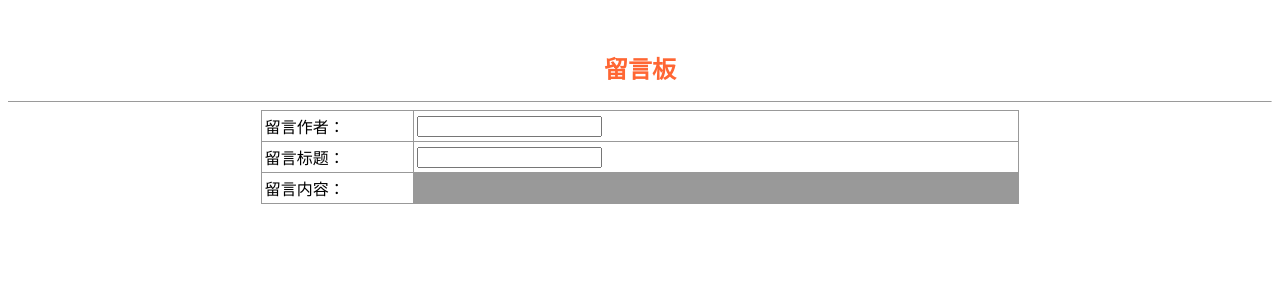
Repository: frankstar007/java
Page: http://localhost/CommentBoard/comment1.jsp
An editor plug-in stored every save of this project. The page is shown before and after the next save, followed by the edit.
The browser window is 1280 px wide. The pictures show the whole page.
The page is served by Tomcat 9. Other server files are loaded and not shown.

Above is the page before, as saved 2016-05-12 08:59:45.

### CommentBoard/WebContent/comment1.jsp
<%@ page language="java" contentType="text/html; charset=UTF-8"
    pageEncoding="UTF-8"%>
    <%
    	String temp = new String();
    	temp = (String) application.getAttribute("num");
    	if (temp == null) {
    		application.setAttribute("num", "0");
    	}
    %>
<!DOCTYPE html PUBLIC "-//W3C//DTD HTML 4.01 Transitional//EN" "http://www.w3.org/TR/html4/loose.dtd">
<html>
<head>
<meta http-equiv="Content-Type" content="text/html; charset=UTF-8">
<title>留言板</title>
</head>
<body bgcolor="#FFFFFF" text="#000000">
<p>&nbsp;</p>
<p align="center">
<b><font size="5" color="#FF6633">留言板</font></b></p>
<hr size="1">
	<form name="form1" method="post" action="comment2.jsp">
		<table width="60%" border="0" cellspacing="1" cellpadding="3"
			align="center" bgcolor="#999999">
			<tr bgcolor="#FFFFFF">
				<td width="20%">留言作者：</td>
				<td width="80%">
					<input type="text" name="txtaut">
				</td>
			</tr>
			<tr bgcolor="#FFFFFF">
				<td width="20%">留言标题：</td>
				<td width="80%">
					<input type="text" name="txttit">
				</td>
			</tr>
			<tr bgcolor="#FFFFFF">
				<td width="20%">留言内容：</td>
		</table>

	</form>

</body>
</html>

After the next save:
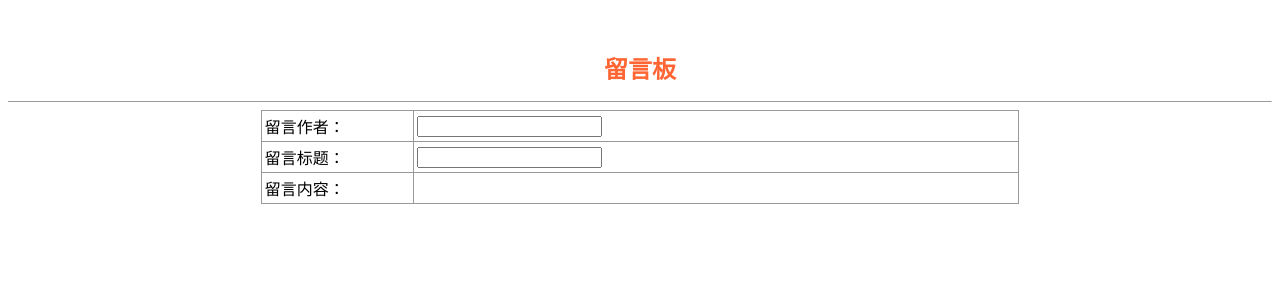
Saved 22 s later.
--- a/CommentBoard/WebContent/comment1.jsp
+++ b/CommentBoard/WebContent/comment1.jsp
@@ -35,6 +35,7 @@
 			</tr>
 			<tr bgcolor="#FFFFFF">
 				<td width="20%">留言内容：</td>
+				<td width="80%">&nbsp;</td>
 		</table>
 
 	</form>
